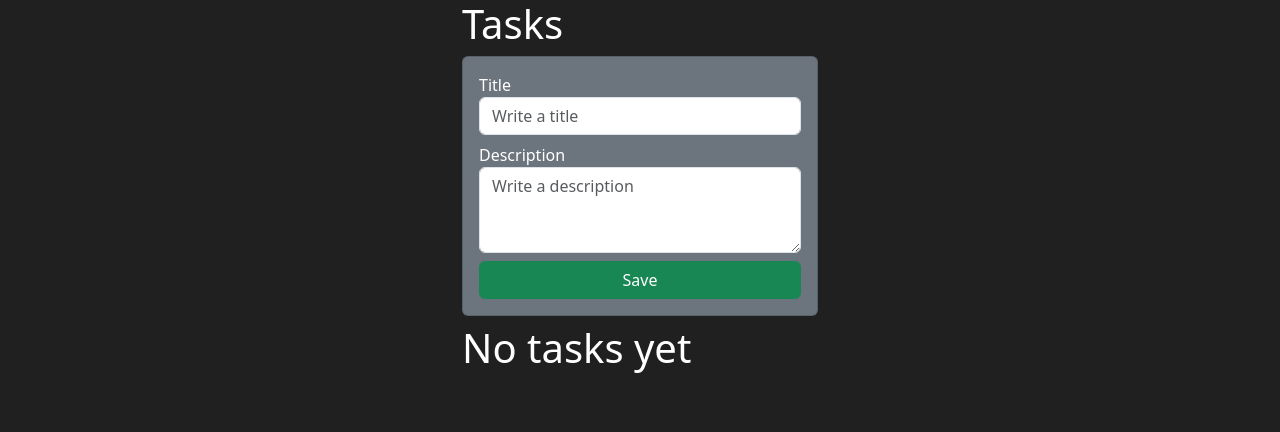
Repository: ChemsJam/django_postgres_todo
Page: http://localhost/tasks/
The author's editor kept a copy of each file at every save. The page is drawn from the files as they stood at one save, then again after the next save.
The browser window is 1280 px wide. The pictures show the whole page.
The page is served by the project's application, run on Django 5.2 (manage.py). Queries for data that is not in the repository find no rows.

Above is the page before, as saved 2024-08-19 15:52:14.

After the next save:
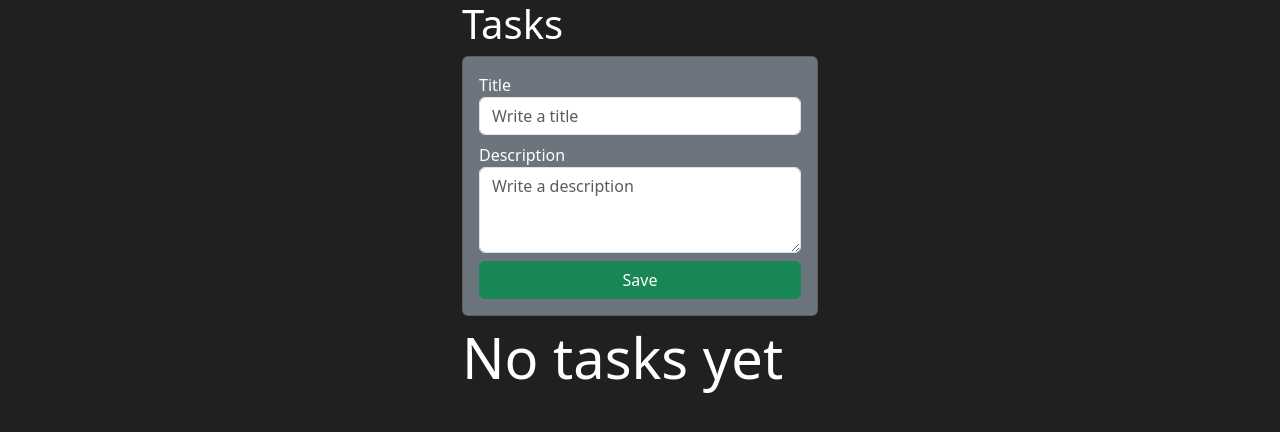
Saved 42 s later.
--- a/tasks/templates/TasksList.html
+++ b/tasks/templates/TasksList.html
@@ -42,7 +42,7 @@
                 </div>
 
                 {% empty %}
-                <h1>No tasks yet</h1>
+                <h1 class="display-4">No tasks yet</h1>
                 {% endfor %}
             </div>
         </div>
